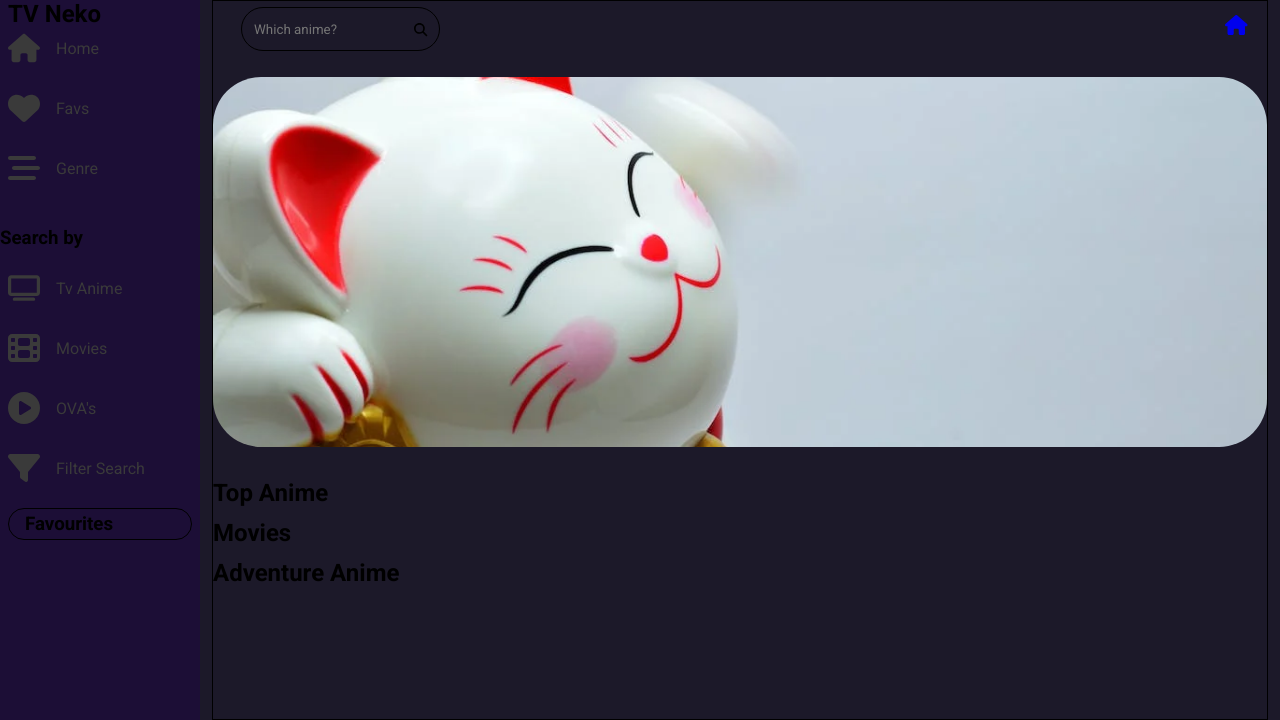
Repository: OwenMargiela/AnimeDatabse
Page: /
An editor plug-in stored every save of this project. The page is shown before and after the next save, followed by the edit.
The browser window is 1280 px wide. The pictures show the whole page.
The page's requests for data from a server got no answer. The project was rebuilt for these pictures with package versions that can differ from the ones it lists, and the page was loaded fresh each time. No one was signed in, and anything a server would have sent is missing. Also part of the build but not shown: src/Components/AnimeContainer.jsx, src/Pages/AnimePage/AnimePage.jsx, src/Components/Score.css, src/Components/Score.jsx, src/Components/AnimeDescription.jsx, src/Pages/AnimePage/AnimeInfo.jsx, src/Pages/AnimePage/AnimeGenre.jsx, src/Pages/FavouritesPage/Favourites.css and 7 more.

Above is the page before, as saved 2023-01-26 16:00:02.

After the next save:
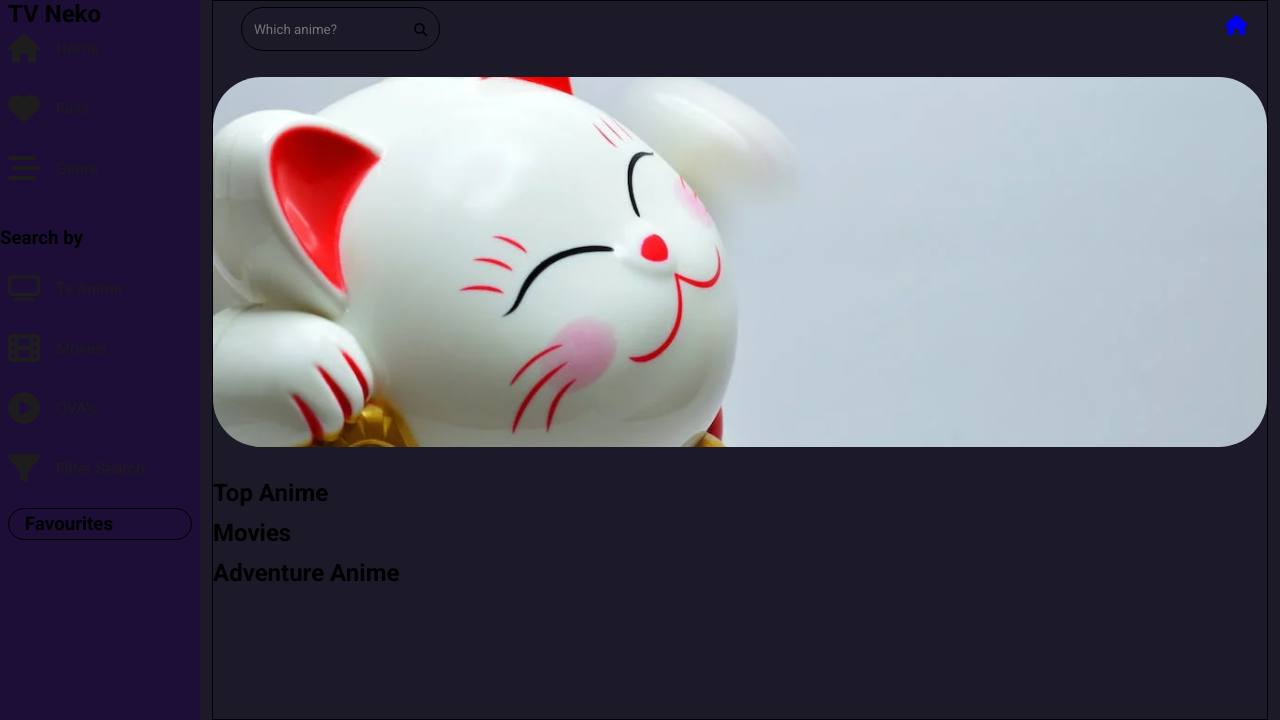
Saved 9 s later.
--- a/src/App.css
+++ b/src/App.css
@@ -17,7 +17,7 @@ a{
 
 li{
   list-style-type: none;
-  color: rgb(58, 58, 58);
+  color: rgb(29, 29, 29);
 }
 
 nav {
